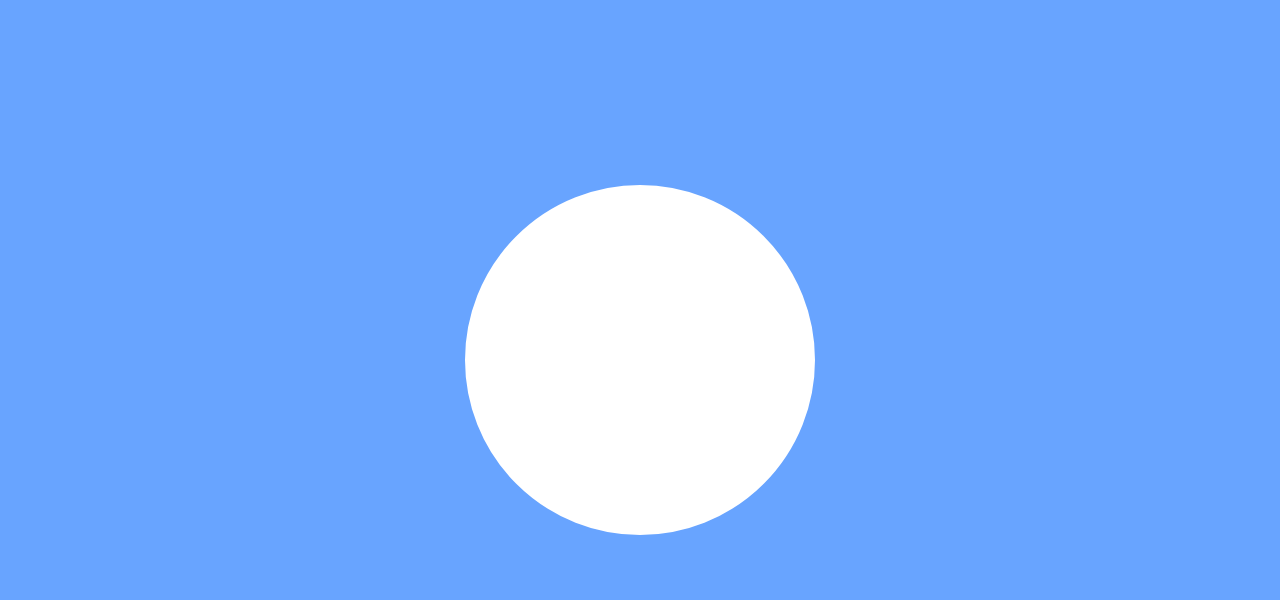
Repository: DaNiels89/analog-clock
Page: index.html
These files come from the project's save history. The page is drawn as it stood at one moment and after the next save; the edit follows.
The browser window is 1280 px wide. The pictures show the whole page.

Above is the page before, as saved 2020-06-20 11:43:08.

### index.html
<!DOCTYPE html>
<html lang="en">

<head>
    <meta charset="UTF-8">
    <meta name="viewport" content="width=device-width, initial-scale=1.0">
    <title>Analog Clock</title>
    <!-- <link rel="stylesheet" href="css/styles.css"> -->
    <link rel="stylesheet" href="css/lightstyles.css">
</head>

<body>
    <div class="clock">
        <div class="hour">
            <div class="hr" id="hr"></div>
        </div>
        <div class="min">
            <div class="mn" id="mn"></div>
        </div>
        <div class="sec">
            <div class="sc" id="sc"></div>
        </div>
    </div>

    <script src="js/main.js"></script>
</body>

</html>

### css/lightstyles.css
* {
    margin: 0;
    padding: 0;
    box-sizing: border-box;
  }

  body {
    display: flex;
    justify-content: center;
    align-items: center;
    min-height: 100vh;
    background: #68a4ff
  }

  .clock {
    width: 350px;
    height: 350px;
    display:flex;
    justify-content: center;
    align-items: center;
    background: #fff;
    border-radius: 50%;
    border: 20px solid #fff;
    box-shadow: inset 0 0 30px rgba(0,0,0,.1),
                0 20px 20px rgba(0,0,0,.2)
                0 0 0 4px rgba(255,255,255,1)
  }

  /* .clock::before {
    content: "";
    position: absolute;
    width: 15px;
    height: 15px;
    background: #fff;
    border-radius: 50%;
    z-index: 10000;
  }

  .clock .hour,
  .clock .min,
  .clock .sec {
    position: absolute;
  }

  .clock .hour, .hr {
    width: 160px;
    height: 160px;
  }

  .clock .min, .mn {
    width: 190px;
    height: 190px;
  }

  .clock .sec, .sc {
    width: 230px;
    height: 230px;
  }

  .hr, .mn, .sc {
    display: flex;
    justify-content: center;
    position: absolute;
    border-radius: 50%;;
  }

  .hr::before {
    content: "";
    position: absolute;
    width: 8px;
    height: 80px;
    background: #ff105e;
    z-index: 10;
    border-radius: 6px 6px 0 0;
  }

  .mn::before {
    content: "";
    position: absolute;
    width: 4px;
    height: 90px;
    background: #fff;
    z-index: 11;
    border-radius: 6px 6px 0 0;
  }

  .sc::before {
    content: "";
    position: absolute;
    width: 2px;
    height: 150px;
    background: #fff;
    z-index: 12;
    border-radius: 6px 6px 0 0;
  }   */

### js/main.js
const deg = 6
const hr = document.querySelector("#hr")
const mn = document.querySelector("#mn")
const sc = document.querySelector("#sc")

setInterval(() => {
    let day = new Date()
    let hh = day.getHours() * 30
    let mm = day.getMinutes() * deg
    let ss = day.getSeconds() * deg

    hr.style.transform = `rotateZ(${(hh) + (mm / 12)}deg)`
    mn.style.transform = `rotateZ(${(mm)}deg)`
    sc.style.transform = `rotateZ(${(ss)}deg)`
})

After the next save:
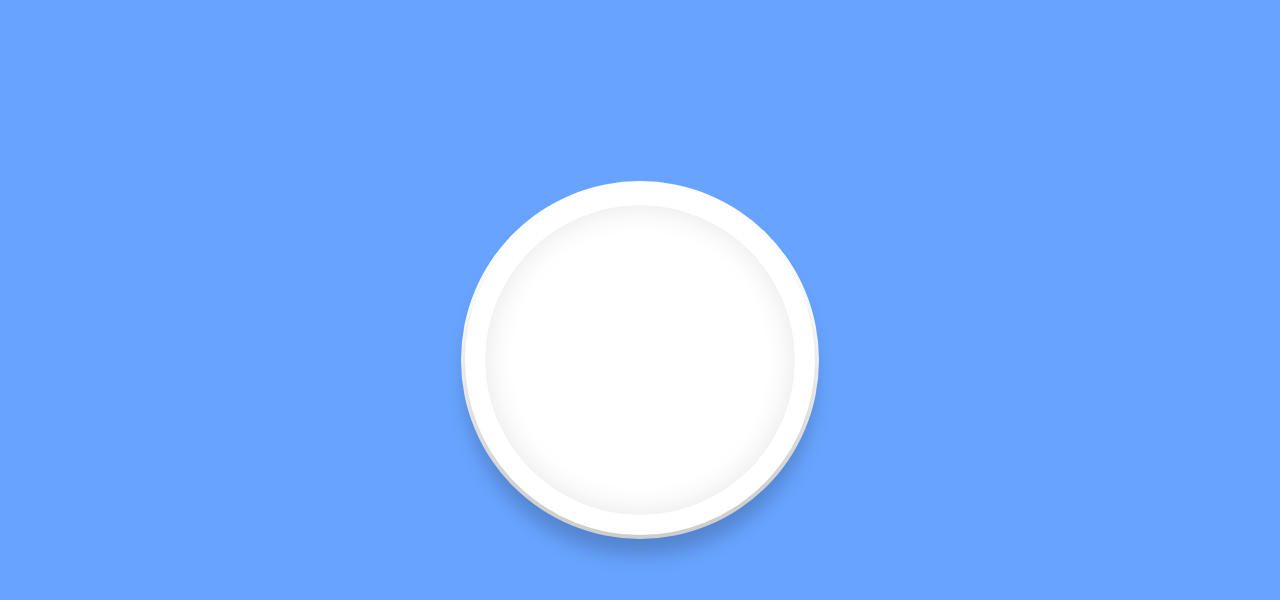
Saved 57 s later.
--- a/css/lightstyles.css
+++ b/css/lightstyles.css
@@ -15,15 +15,15 @@
   .clock {
     width: 350px;
     height: 350px;
-    display:flex;
+    display: flex;
     justify-content: center;
     align-items: center;
     background: #fff;
     border-radius: 50%;
     border: 20px solid #fff;
     box-shadow: inset 0 0 30px rgba(0,0,0,.1),
-                0 20px 20px rgba(0,0,0,.2)
-                0 0 0 4px rgba(255,255,255,1)
+                0 20px 20px rgba(0,0,0,.2),
+                0 0 0 4px rgba(255,255,255,1);
   }
 
   /* .clock::before {
